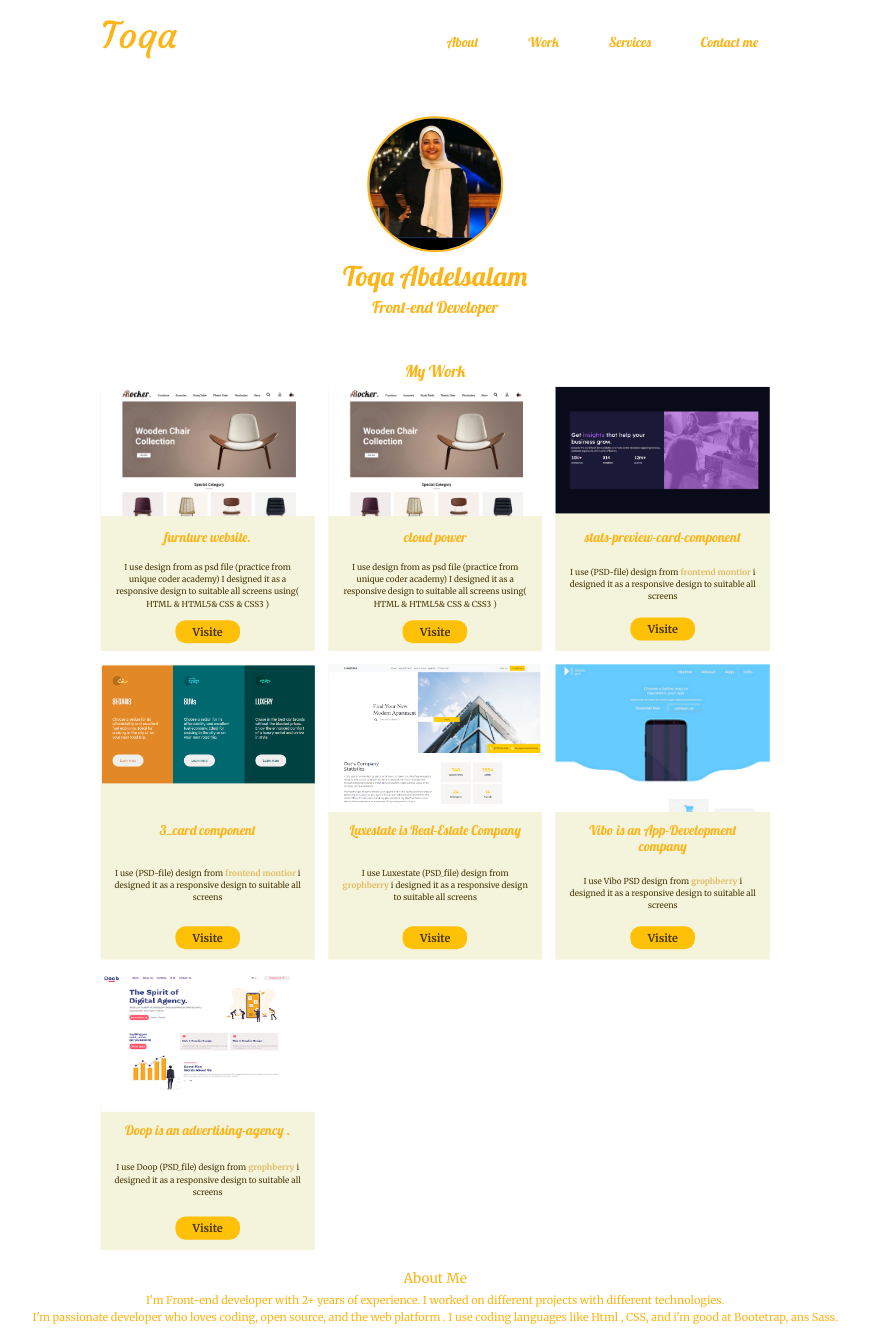
Repository: Toqa-25/portfolio
Page: index.html
The author's editor kept a copy of each file at every save. The page is drawn from the files as they stood at one save, then again after a run of saves.
The browser window is 1280 px wide. The pictures show the whole page, at 68% of full size.
Some web fonts or font styles are not loaded; a fallback is used.

Above is the page before, as saved 2021-11-01 02:41:00.

After the next 2 saves:
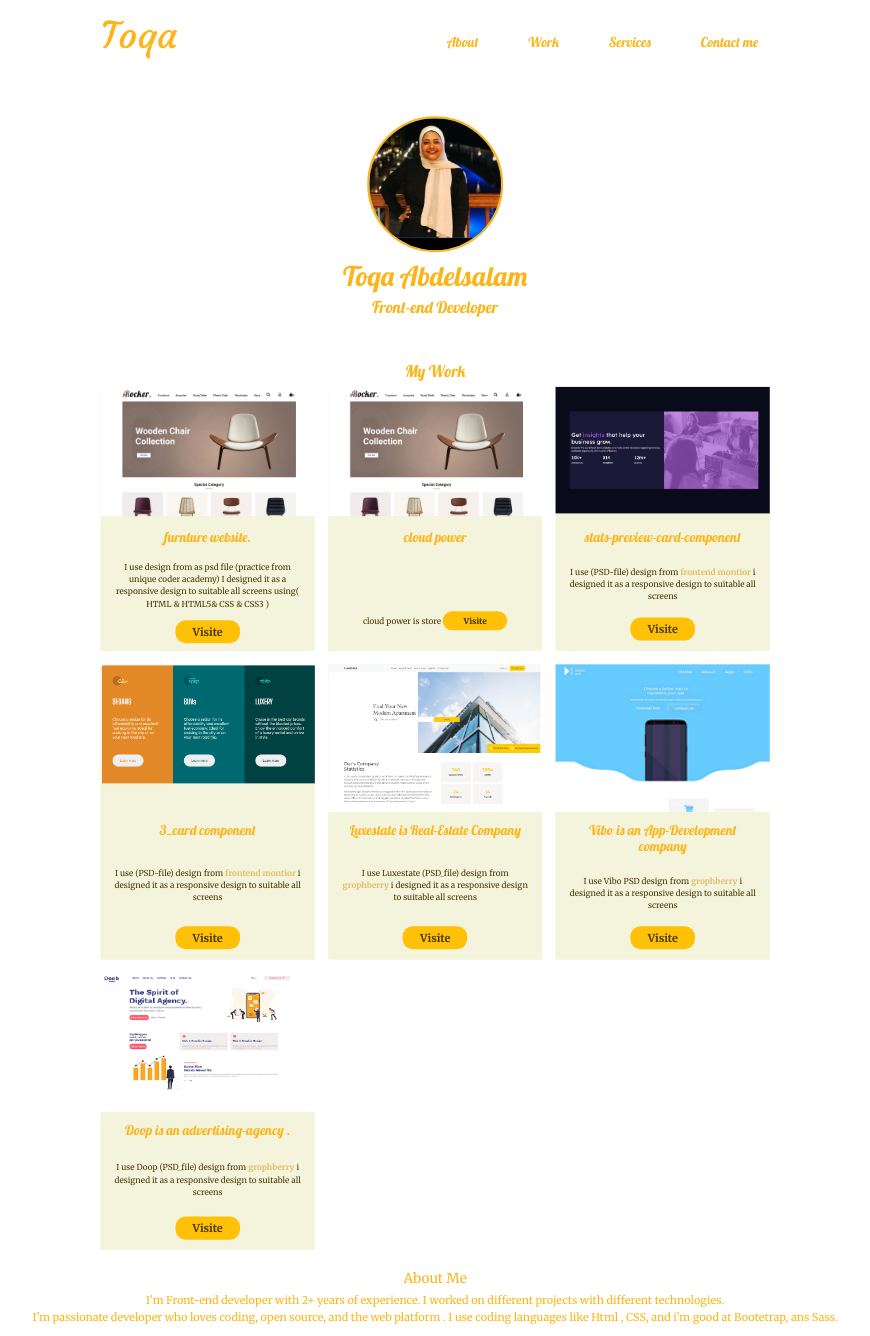
The 2 saves are shown as one change because they came seconds apart.
The last was saved 20 s later.
--- a/index.html
+++ b/index.html
@@ -91,9 +91,7 @@
         </div>
         <div class="card-info">
           <h5 class="card-title">cloud power</h5>
-          <p class="card-info-text doop-text">I use  design from as psd file (practice from unique coder academy)
-            I designed it as a responsive design to suitable all screens using( HTML & HTML5& CSS & CSS3 ) <br>
-         </p>
+          <p class="card-info-text doop-text">cloud power is store
       <button class="card-button"><a href="https://toqa-25.github.io/unique-templete-2/">Visite</a></button>
         </div>
      </div>
